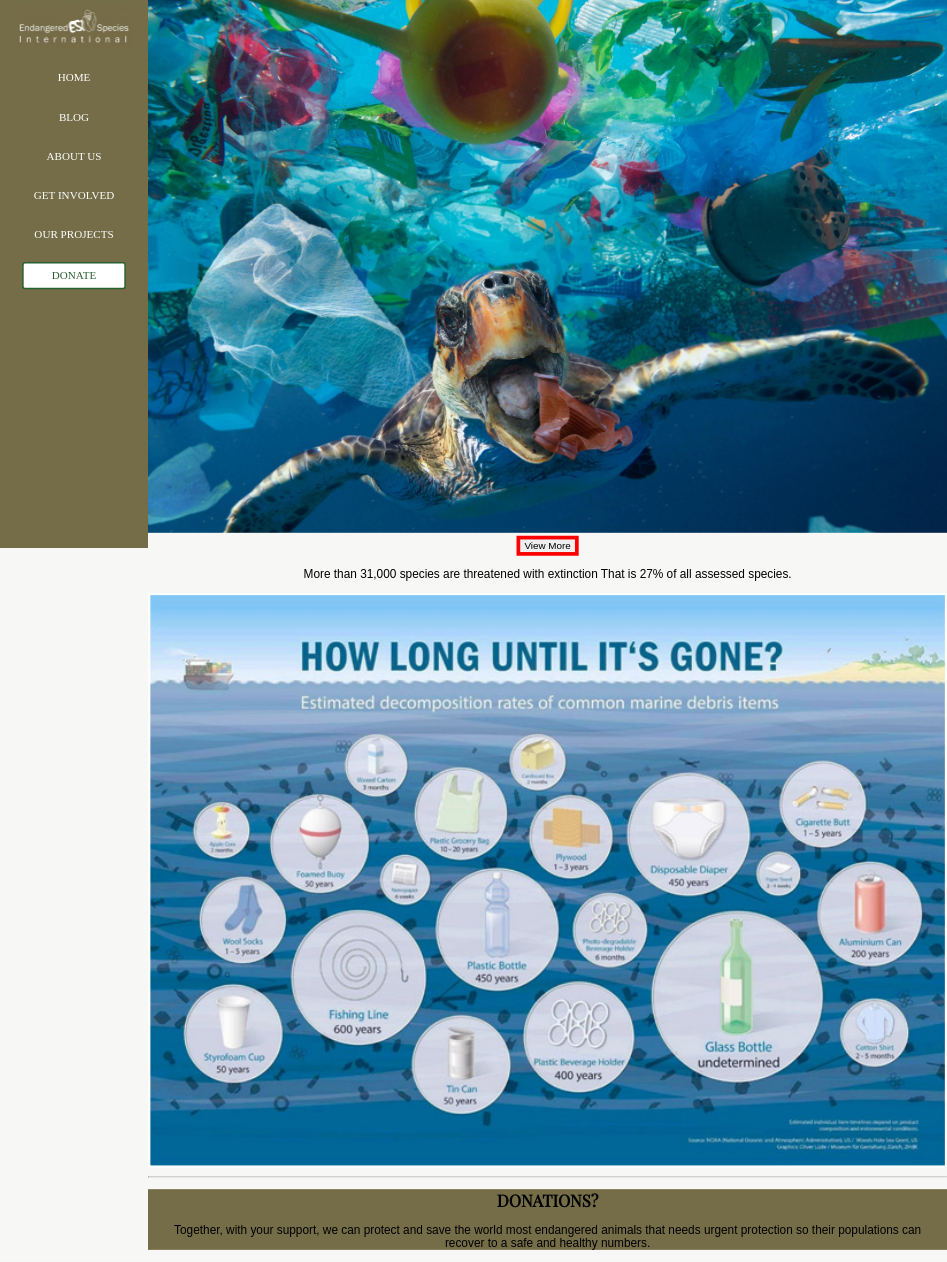
Repository: jlsorgel/smc_WD2_spring20
Page: final/blog.html
The author's editor kept a copy of each file at every save. The page is drawn from the files as they stood at one save, then again after the next save.
The browser window is 1280 px wide. The pictures show the whole page, at 74% of full size.
Some web fonts or font styles are not loaded; a fallback is used. Some web libraries are served in a nearby version.

Above is the page before, as saved 2020-06-14 18:44:32.

After the next save:
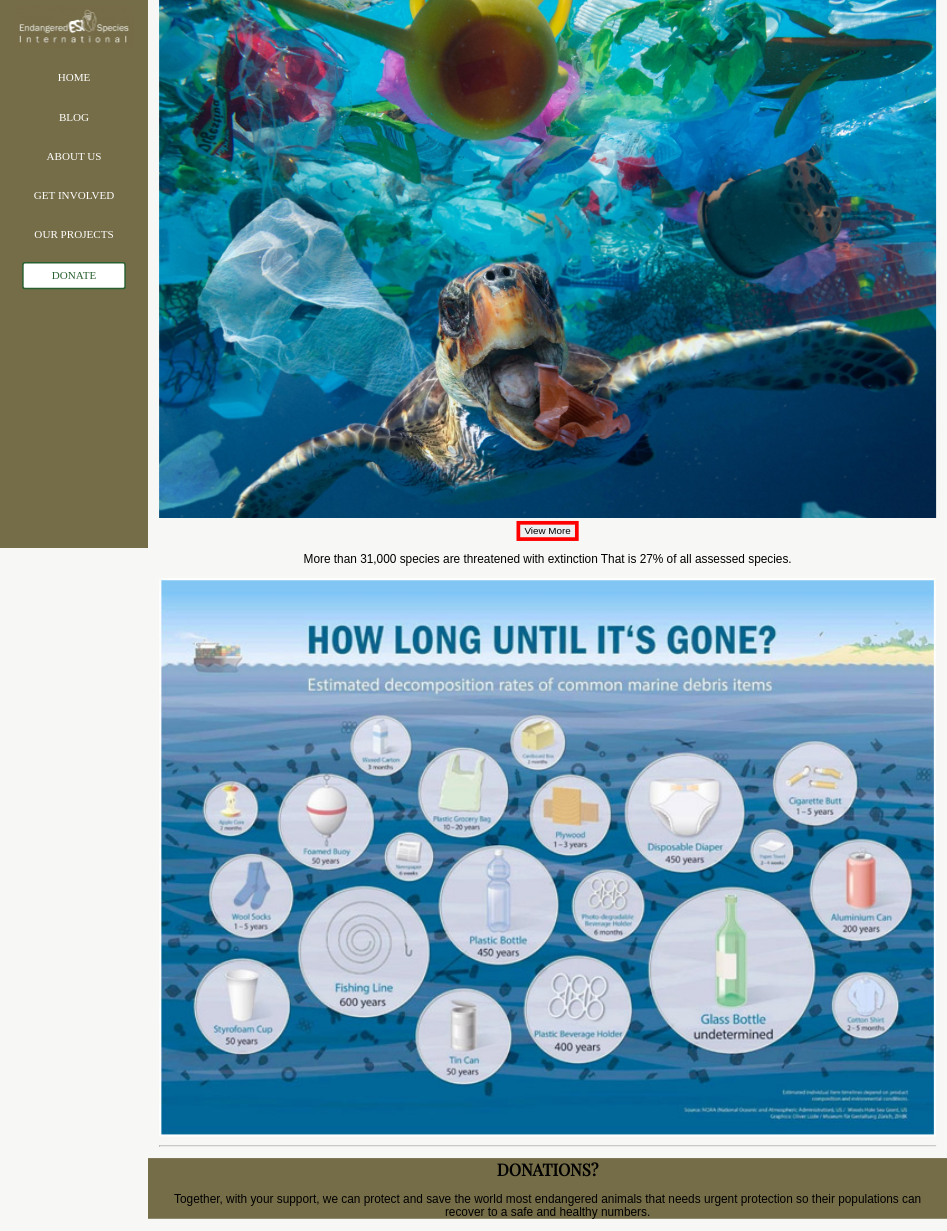
Saved 27 s later.
--- a/final/blog.css
+++ b/final/blog.css
@@ -1,3 +1,4 @@
 .blog-container{
-  padding: 0px, 15px, 0px, 15px;
+  margin-left:15px;
+  margin-right:15px;
 }
